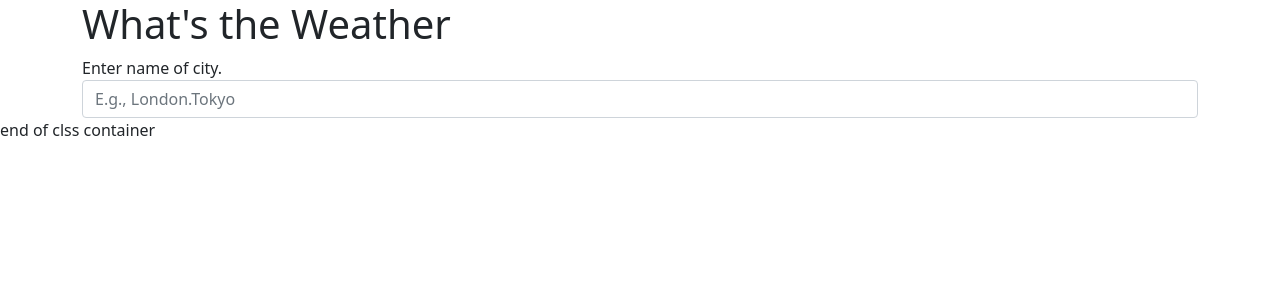
Repository: shanu4182/phpprojectgh
Page: http://localhost/ws.php
The author's editor kept a copy of each file at every save. The page is drawn from the files as they stood at one save, then again after a run of saves.
The browser window is 1280 px wide. The pictures show the whole page.
The page is run by PHP 8.4 with error messages shown; the project is at /var/www/html/.

Above is the page before, as saved 2022-12-15 15:24:05.

After the next 3 saves:
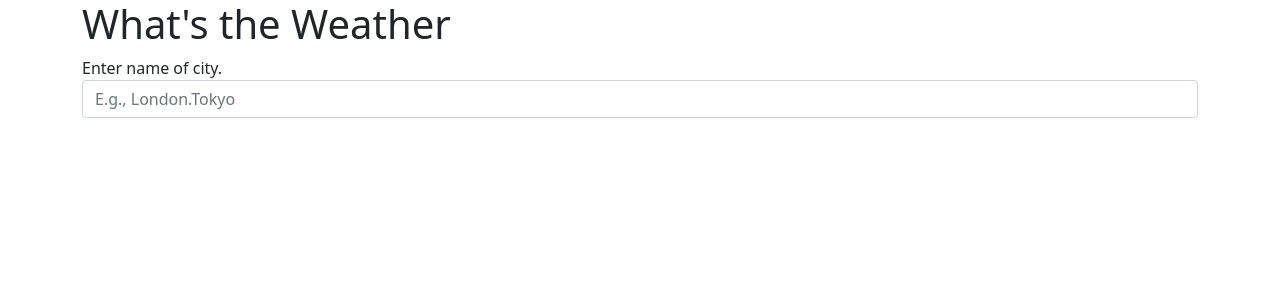
The 3 saves are shown as one change because they came seconds apart.
The last was saved 16 s later.
--- a/ws.php
+++ b/ws.php
@@ -20,6 +20,6 @@
         name="city" id="city" placeholder="E.g., London.Tokyo">
     </fieldset>
     </form>
-    </div> end of clss container
+    </div> <!-- </div> end of clss container -->
 </body>
 </html>
